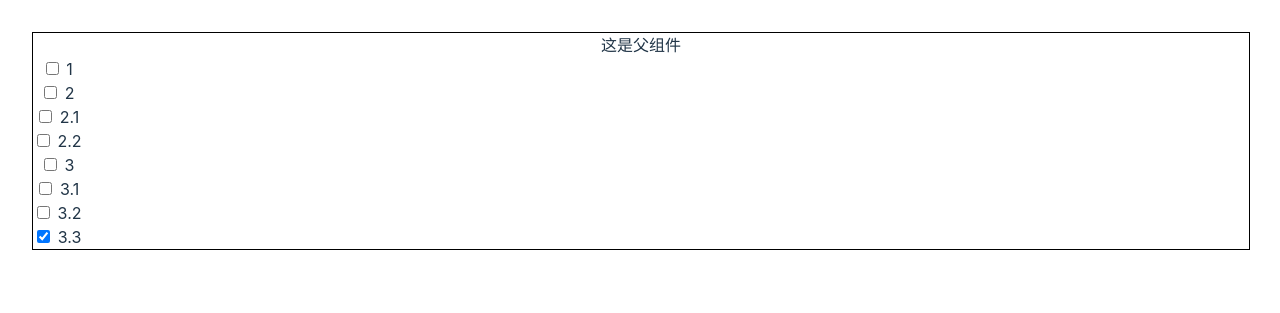
Repository: LeeypOR/management-system
Page: /
An editor plug-in stored every save of this project. The page is shown before and after the next save, followed by the edit.
The browser window is 1280 px wide. The pictures show the whole page.
The project was rebuilt for these pictures with package versions that can differ from the ones it lists, and the page was loaded fresh each time. Also part of the build but not shown: vite.config.ts.

Above is the page before, as saved 2023-02-22 16:12:49.
Console error: SyntaxError: Cannot use import statement outside a module

### index.html
<!DOCTYPE html>
<html lang="en">
  <head>
    <meta charset="UTF-8" />
    <link rel="icon" type="image/svg+xml" href="/vite.svg" />
    <script text="module" charset="UTF-8" src="./src/three.js/Three.js"></script>
    <meta name="viewport" content="width=device-width, initial-scale=1.0" />
    <title>Vite + Vue + TS</title>
  </head>
  <body>
    <div id="app" style="width: 100%;height: 100%;"></div>
    <script type="module" src="/src/main.ts"></script>
  </body>
</html>

### src/main.ts
import { createApp } from 'vue'
import './style.css'
import App from './App.vue'





createApp(App).mount('#app')

### src/style.css
:root {
  font-family: Inter, Avenir, Helvetica, Arial, sans-serif;
  font-size: 16px;
  line-height: 24px;
  font-weight: 400;

  color-scheme: light dark;
  color: rgba(255, 255, 255, 0.87);
  background-color: #242424;

  font-synthesis: none;
  text-rendering: optimizeLegibility;
  -webkit-font-smoothing: antialiased;
  -moz-osx-font-smoothing: grayscale;
  -webkit-text-size-adjust: 100%;
}

a {
  font-weight: 500;
  color: #646cff;
  text-decoration: inherit;
}
a:hover {
  color: #535bf2;
}

body {
  margin: 0;
  display: flex;
  place-items: center;
  min-width: 320px;
  min-height: 100%;
}

h1 {
  font-size: 3.2em;
  line-height: 1.1;
}

button {
  border-radius: 8px;
  border: 1px solid transparent;
  padding: 0.6em 1.2em;
  font-size: 1em;
  font-weight: 500;
  font-family: inherit;
  background-color: #1a1a1a;
  cursor: pointer;
  transition: border-color 0.25s;
}
button:hover {
  border-color: #646cff;
}
button:focus,
button:focus-visible {
  outline: 4px auto -webkit-focus-ring-color;
}

.card {
  padding: 2em;
}

#app {
  max-width: 1280px;
  margin: 0 auto;
  padding: 2rem;
  text-align: center;
}

@media (prefers-color-scheme: light) {
  :root {
    color: #213547;
    background-color: #ffffff;
  }
  a:hover {
    color: #747bff;
  }
  button {
    background-color: #f9f9f9;
  }
}

### src/App.vue


<template>
  <!-- <div class="base" v-for="item in Arr" :key="item">
    {{item.name}}
  </div> -->
  <!-- <HelloWorld></HelloWorld> -->
  <!-- <Watch></Watch> -->
  <Index></Index>
</template>

<script setup lang="ts">
// This starter template is using Vue 3 <script setup> SFCs
// Check out https://vuejs.org/api/sfc-script-setup.html#script-setup
// import HelloWorld from './components/HelloWorld.vue'
// import Watch from './components/Watch.vue'
import Index from './pages/index.vue'

</script>

<style scoped>
body{
  width: 100%;
  height: 100%;
}
#app{
  width: 100%;
  height: 100%;
}
.logo {
  height: 6em;
  padding: 1.5em;
  will-change: filter;
}
.logo:hover {
  filter: drop-shadow(0 0 2em #646cffaa);
}
.logo.vue:hover {
  filter: drop-shadow(0 0 2em #42b883aa);
}
</style>

### src/pages/index.vue
<template>
  <div class="index">
    <header>
      这是父组件
    </header>
    <body>
      <Children1 :data="data"></Children1>
    </body>
  </div>
</template>


<script setup lang="ts">
import Children1 from '../components/Children1.vue'
import {reactive} from 'vue'

interface Tree {
  name:string,
  checked:boolean,
  children?:Tree[]
}

const data = reactive<Tree[]>([
  {
    name:'1',
    checked:false,
  },
  {
    name:'2',
    checked:false,
    children:[
      {
        name:'2.1',
        checked:false
      },
      {
        name:'2.2',
        checked:false
      },
    ]
  },
  {
    name:'3',
    checked:false,
    children:[
      {
        name:'3.1',
        checked:false
      },
      {
        name:'3.2',
        checked:false
      },
      {
        name:'3.3',
        checked:true
      },
    ]
  }
])
</script>

<style  scoped>
  .index{
    border: 1px solid #000;
    width: 100%;
    height: 100%;
  }
</style>

### src/components/Children1.vue
<template>
  <div class="children1">

    <div v-for="item in data">
      <input type="checkbox" v-model="item.checked"> <span>{{ item.name }}</span>
      <Children1 v-if="item?.children?.length" :data="item?.children"></Children1>
    </div>
  </div>
</template>

<script setup lang="ts">
import { reactive } from 'vue'

interface Tree {
  name: string,
  checked: boolean,
  children?: Tree[]
}

defineProps<{
  data?:Tree[]
}>()
</script>

Loaded but not shown: src/three.js/Three.js (library)

After the next save:
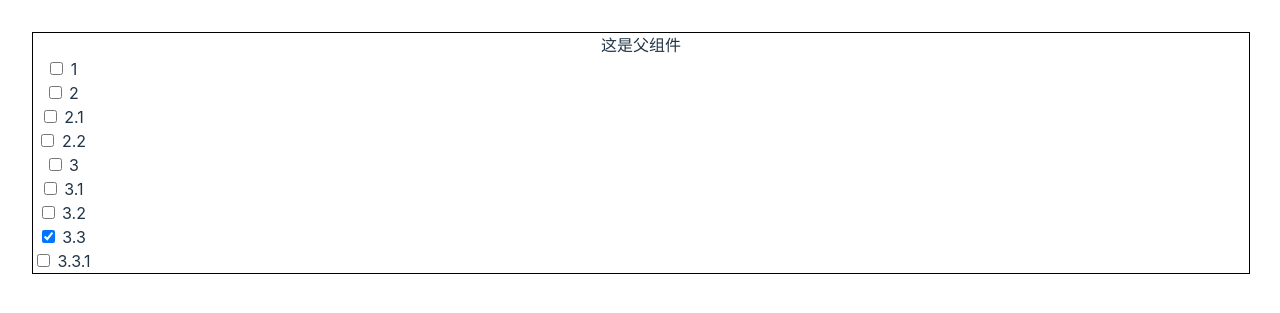
Saved 51 s later.
--- a/src/pages/index.vue
+++ b/src/pages/index.vue
@@ -53,7 +53,13 @@ const data = reactive<Tree[]>([
       },
       {
         name:'3.3',
-        checked:true
+        checked:true,
+        children:[
+          {
+            name:'3.3.1',
+            checked:false
+          }
+        ]
       },
     ]
   }
